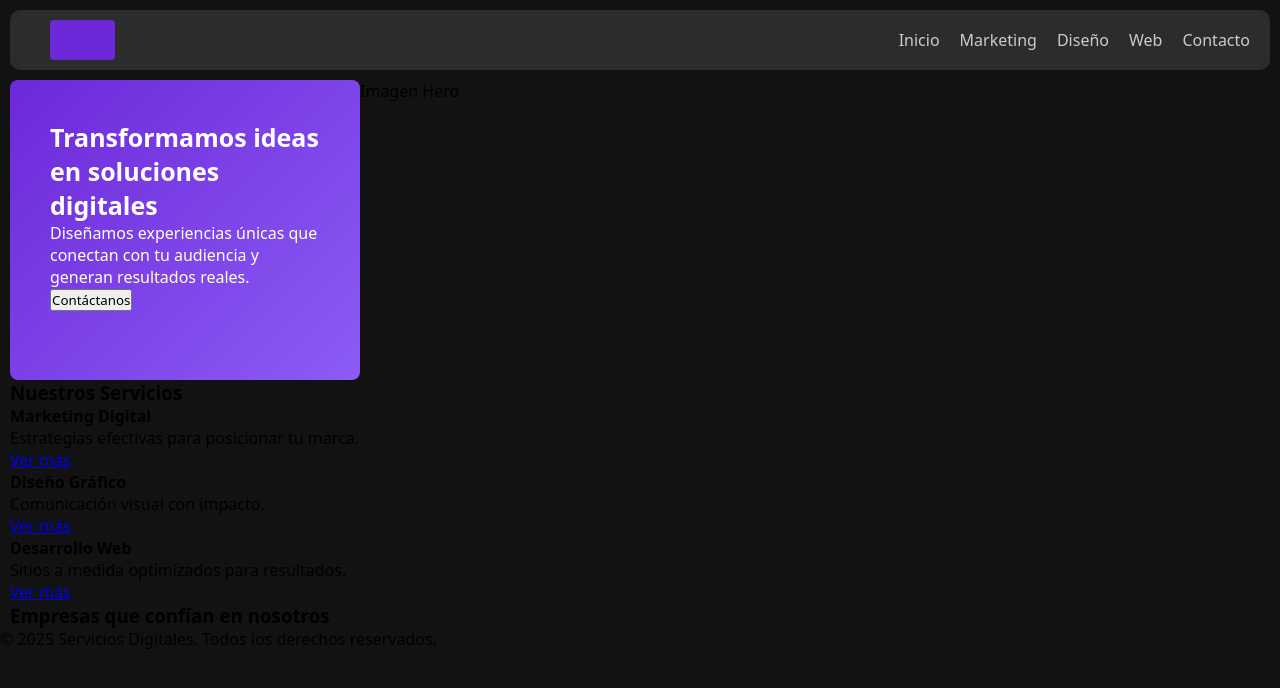
Repository: santinogarrone/TrabajoAgustin
Page: html/index.html
The author's editor kept a copy of each file at every save. The page is drawn from the files as they stood at one save, then again after the next save.
The browser window is 1280 px wide. The pictures show the whole page.

Above is the page before, as saved 2025-05-02 12:09:45.

### html/index.html
<!DOCTYPE html>
<html lang="en">
<head>
    <meta charset="UTF-8">
    <meta name="viewport" content="width=device-width, initial-scale=1.0">
    <link rel="stylesheet" href="../css/style.css">
    <title>Página de Agustin</title>
</head>
<body>

    <header>
        <nav class="nav-bar">
            <div class="cuadrado-violeta">

            </div>


            <ul class="nav-list">
                <li class="nav-item"><a href="">Inicio</a></li>
                <li class="nav-item"><a href="">Marketing</a></li>
                <li class="nav-item"><a href="">Diseño</a></li>
                <li class="nav-item"><a href="">Web</a></li>
                <li class="nav-item"><a href="">Contacto</a></li>
            </ul>

            <button class="menu-icon" aria-label="menu">
                <span class="menu-line"></span>
                <span class="menu-line"></span>
                <span class="menu-line"></span>
            </button>
        </nav>
    </header>
        <main>

            <section class="main-contact">
                <div class="contacto">
                    <h2 class="tit-contacto">Transformamos ideas en soluciones digitales</h2>
                    <p class="explicacion">Diseñamos experiencias únicas que conectan con tu audiencia y generan resultados reales.</p>

                    <button class="boton-contactar" onclick="location.href='../html/contacto.html'">
                        Contáctanos
                    </button>
                </div>

                <div class="img-hero">
                    Imagen Hero
                </div>
            </section>

            <section class="servicios">
                <h3>Nuestros Servicios</h3>

                <div class="card">
                    <h4>Marketing Digital</h4>
                    <p>Estrategias efectivas para posicionar tu marca.</p>
                    <a href="../html/marketing.html">Ver más</a>
                </div>

                <div class="card">
                    <h4>Diseño Gráfico</h4>
                    <p>Comunicación visual con impacto.</p>
                    <a href="#">Ver más</a>
                </div>

                <div class="card">
                    <h4>Desarrollo Web</h4>
                    <p>Sitios a medida optimizados para resultados.</p>
                    <a href="#">Ver más</a>
                </div>

            </section>

            <section class="empresas">
                <h3>Empresas que confían en nosotros</h3>
                <article class="logos">
                    <div class="logo"></div>
                    <div class="logo"></div>
                    <div class="logo"></div>
                    <div class="logo"></div>
                </article>

            </section>

        </main>

    <footer>
        <div class="ftr">
            <p>&copy; 2025 Servicios Digitales. Todos los derechos reservados.</p>
        </div>
    </footer>
</body>
</html>

### css/style.css
@import url(./global.css);

*{
    margin: 0;
    padding: 0;
    box-sizing: border-box;
    font-family: var(--font-family);
}


body{
    background-color: var(--fondo-color);
    height: 100%;
}
main{
    margin: 0 10px;
}

header{
    padding: 10px;
}
.cuadrado-violeta{
    display: block;
    width: 65px;
    height: 40px;
    background-color: var(--primary-color-original);
    border-radius: 4px;
    margin-left: 20px;
}


.nav-bar {
    display: flex;
    align-items: center;
    justify-content: space-between;
    background-color: #2c2c2c;
    padding: 10px 20px;
    border-radius: 10px;
    position: relative;
  }

  .menu-icon {
    display: none;
  }

  .menu-line {
    height: 4px;
    background-color: white;
    border-radius: 2px;
    width: 100%;
  }

  .nav-list {
    display: flex;
    gap: 20px;
    list-style: none;
    margin: 0;
    padding: 0;
  }

  .nav-item a {
    color: #ccc;
    text-decoration: none;
  }

  .main-contact{
    display: flex;
  }
  .main-contact .contacto{
    background: var(--primary-color-gradient);
    border-radius: 8px;
    color: var(--texto-color);
    padding: 40px;
    max-width: 350px;
    height: 300px;
    flex-direction: column;
  }

  .tit-contacto{
    font-size: 25px;
  }

@media (375px >= width) {

    .hero-img{
        display: none;
    }
    .hero-texto p{
        display: none;
    }
    body{
        background-color: var(--fondo-color);
        height: 100%;
    }

    header{
        background-color: var(--superficie-dos);
        position: sticky;
        top: 0;
        margin: 0;
        border-radius: 0;
    }

    main{
        margin: 0px;
    }
    .explicacion{
        display: none;
    }

    .nav-list{
        display: none;
    }

    .img-hero{
        display: none;
    }
    .cuadrado-violeta{
        display: block;
        width: 65px;
        height: 40px;
        background-color: var(--primary-color-original);
        border-radius: 4px;
        margin-left: 20px;
    }

    .menu-icon{
        width: 30px;
        height: 30px;
        background: transparent;
        display: flex;
        flex-direction: column;
        gap: 4px;
        height: fit-content;
        border: none;
    }

    .menu-line{
        width: 100%;
        height: 4px;
        background-color: var(--texto-color);
        border: none;
        border-radius: 4px;

    }

    .nav-bar{
        display: flex;
        justify-content: space-between;
        align-items: center;
        padding: 5px 16px;
    }


    .main-contact{
        display: flex;
        padding: 24px;
        justify-content: center;
        align-items: center;
    }

    .contacto{
        display: block;
        padding: 34px;
        background: var(--primary-color-gradient);
        border-radius: 10px;
        color: var(--texto-color);
        height: auto;
        font-size: 12px;
    }

    .contacto .tit-contacto{
        text-align: center;
        align-items: center;
        font-weight: bold;
        margin-top: 30px;
    }

    .boton-contactar{
        display: block;
        margin: 0 auto;
        margin-bottom: 20px;
        margin-top: 12px;
        padding: 5px 20px;
        color: var(--primary-claro);
        background-color: var(--fondo-color);
        border-radius: 6px;
        cursor: pointer;
    }

    .servicios{
        display: flex;
        flex-direction: column;
        margin: 0 20px;
    }

    .servicios h3{
        color: var(--texto-color);
    }

    .card{
        margin-top: 5px;
        align-items: center;
        justify-content: center;
        background-color: var(--superficie-dos);
        border-radius: 8px;
        padding: 12px;
        margin-bottom: 15px;
    }

    .card h4{
        color: var(--texto-color);
    }

    .card p{
        color: var(--texto-secundario);
        padding-bottom: 20px;
    }

    .card a{
        display: inline-block;
        margin-bottom: 20px;
        color: var(--texto-color);
        cursor: pointer;
    }

    .empresas{
        display: flex;
        flex-direction: column;
        align-items: flex-start;
        margin-left: 20px;
    }

    .empresas h3{
        color: var(--texto-color);
        margin-bottom: 1rem;
    }

    .logos{
        margin-top: 5px;
        width: 335px;
        display: flex;
        justify-content: center;
        align-items : center;
        gap: 5px;
        background-color: var(--superficie-dos);
        border-radius: 8px;
        padding: 20px;
        margin-bottom: 10px;
    }

    .logo{
        width: 60px;
        height: 30px;
        background-color: #444444;
        border-radius: 5px;
    }

    .ftr{
        background-color: var(--superficie-dos);
        border-radius: 8px;
        text-align: center;
        margin: 15px 10px;
        padding: 16px;
        color: var(--texto-secundario);
    }
}

### css/global.css
:root{
    --primary-color-gradient : linear-gradient(135deg, #6D28D9, #8B5CF6);
    --primary-color-original : #6D28D9;
    --primary-claro : #8b5cf6;
    --secundary-color : #10b981;
    --acento-color : #f5930b;
    --fondo-color : #121212;
    --superficie-color : #1e1e1e;
    --superficie-dos : #2d2d2d;
    --texto-secundario : #A0A0A0;

    --texto-color : #fff;
    --font-family : 'system-ui'
}

After the next save:
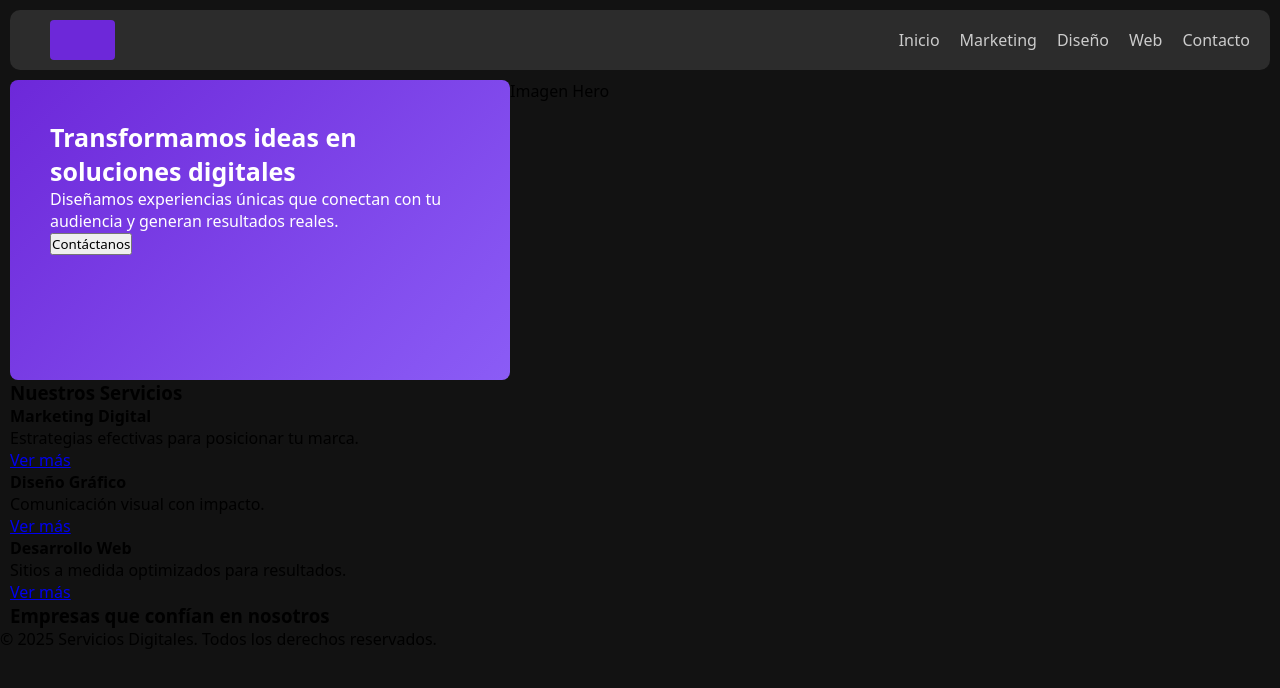
Saved 8 s later.
--- a/css/style.css
+++ b/css/style.css
@@ -71,7 +71,7 @@ header{
     border-radius: 8px;
     color: var(--texto-color);
     padding: 40px;
-    max-width: 350px;
+    max-width: 500px;
     height: 300px;
     flex-direction: column;
   }
